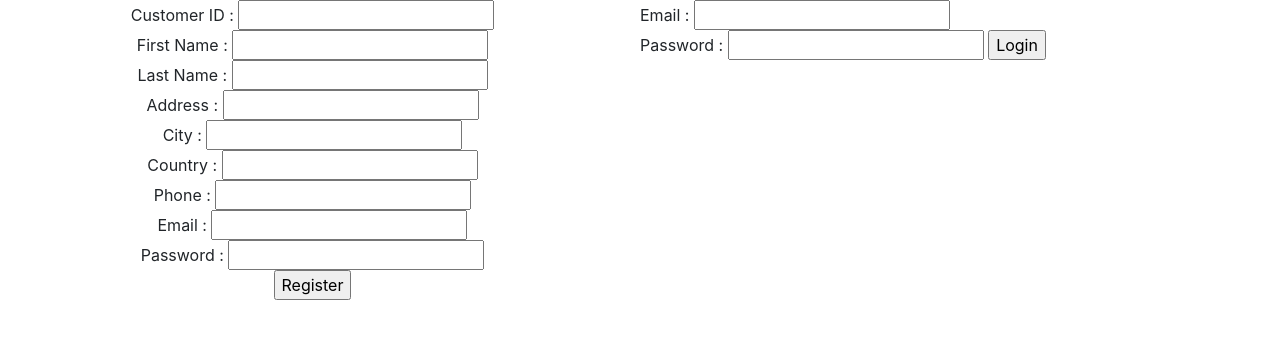
Repository: hassaanbk/CruiseBookingAndManaging
Page: http://localhost/home
The author's editor kept a copy of each file at every save. The page is drawn from the files as they stood at one save, then again after the next save.
The browser window is 1280 px wide. The pictures show the whole page.
The page is this project's Thymeleaf template; nobody is signed in. The template is opened directly, without the code that normally fills it, so the values that code supplies are empty.

Above is the page before, as saved 2022-12-13 04:34:20.

### CustomerMicroService/src/main/resources/templates/home.html
<!DOCTYPE html>

<html xmlns:th="http://www.thymeleaf.org">

<head>

	<meta charset="ISO-8859-1">

	<title>Home</title>
<link rel="stylesheet" href="https://cdn.jsdelivr.net/npm/bootstrap@4.3.1/dist/css/bootstrap.min.css" integrity="sha384-ggOyR0iXCbMQv3Xipma34MD+dH/1fQ784/j6cY/iJTQUOhcWr7x9JvoRxT2MZw1T" crossorigin="anonymous">

</head>

<body class="container-fluid row">

	<form action="register" method="POST" class="col-md-6 text-center">

		Customer ID : <input type="text" name="custId" /> </br>

		First Name : <input type="text" name="firstName" /></br>

		Last Name : <input type="text" name="lastName" /></br>

		Address : <input type="text" name="address" /></br>

		City : <input type="text" name="city" /></br>

		Country : <input type="text" name="country" /></br>

		Phone : <input type="text" name="phone" /></br>

		Email : <input type="email" name="email" /></br>

		Password : <input type="password" name="password" /></br>

		<input type="submit" name="Add Employee" value="Register" />

	</form>

	<form action="login" method="POST" class="col-md-6">

		Email : <input type="email" name="email" /><br/>

		Password : <input type="password" name="password" />
		<input type="submit" name="Login" value="Login" />

	</form>

</body>

</html>

After the next save:
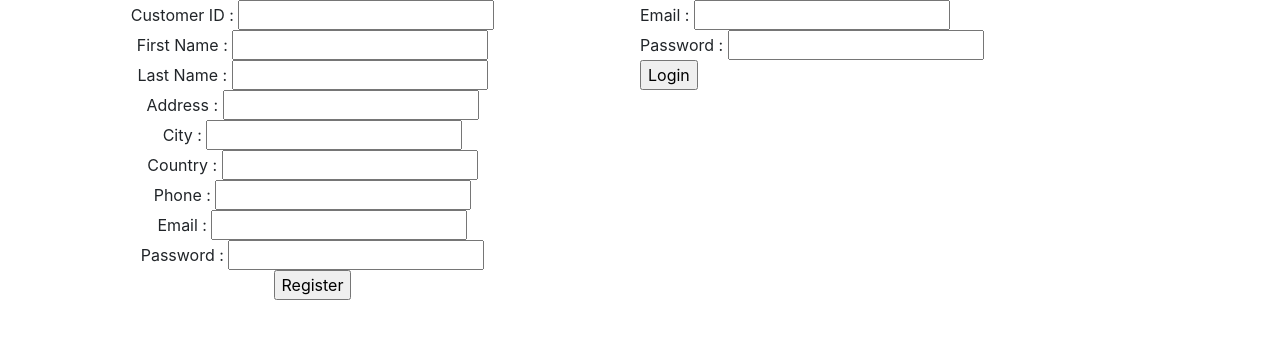
Saved 8 s later.
--- a/CustomerMicroService/src/main/resources/templates/home.html
+++ b/CustomerMicroService/src/main/resources/templates/home.html
@@ -41,7 +41,7 @@
 
 		Email : <input type="email" name="email" /><br/>
 
-		Password : <input type="password" name="password" />
+		Password : <input type="password" name="password" /><br/>
 		<input type="submit" name="Login" value="Login" />
 
 	</form>
